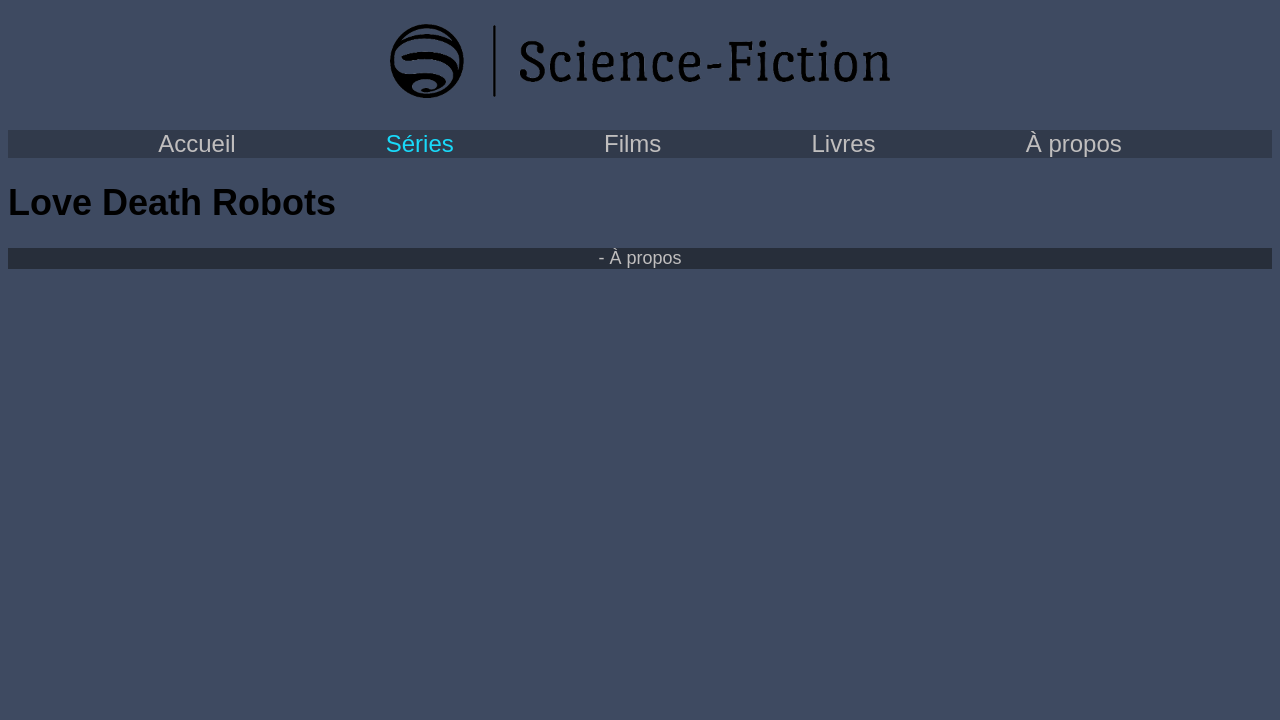
Repository: Emalios/Projet-Web
Page: html/series/love-death-robots.html
These files come from the project's save history. The page is drawn as it stood at one moment and after the next save; the edit follows.
The browser window is 1280 px wide. The pictures show the whole page.

Above is the page before, as saved 2020-11-11 20:49:10.

### html/series/love-death-robots.html
<!DOCTYPE html>
<html lang="fr" dir="ltr">

<head>
  <meta charset="utf-8">
  <meta name="viewport" content="width=device-width, initial-scale=1.0">
  <title>Harry Potter</title>
  <link rel="icon" href="../../images/small_icon.png" type="image/png">
  <link rel="stylesheet" href="../../css/common.css">
  <link rel="stylesheet" href="../../css/magasine.css">
</head>

<body>
  <header>
    <img id="logo" src="../../images/logo_large.png" alt="logo de Science-fiction">

    <nav class="navbar">
      <a href="../../index.html" class="nav-link">Accueil</a></li>
      <a href="../series.html" id="active" class="nav-link">Séries</a></li>
      <a href="../films.html" class="nav-link">Films</a></li>
      <a href="../livres.html" class="nav-link">Livres</a></li>
      <a href="../a-propos.html" class="nav-link">À propos</a></li>
    </nav>
  </header>
  <h1>Love Death Robots</h1>
  <main></main>
  <footer><a href="../a-propos.html" class="footer-link">- À propos</a></footer>
</body>


</html>

### css/common.css
body {
  background-color: #3e4a61;
  font-size: 18px;
  font-family: "Source Sans Pro", sans-serif;
}

#logo {
  display: block;
  margin-left: auto;
  margin-right: auto;
  padding-top: 1rem;
  padding-bottom: 2rem;
  max-width: 500px;
}

ul {
  list-style: none outside none;
}

.navbar {
  font-size: 24px;
  display: flex;
  flex-wrap: wrap;
  justify-content: space-evenly;
  padding: 0;
  background-color: #313a4b;
}

.nav-link, .footer-link {
  text-decoration: none;
  color: #c0bebe;
}

.nav-link:hover {
  color: #19dafa;
}

#active {
  color: #19dafa !important;
}

#title {
  text-align: center;
  padding: 1rem;
}

footer {
  background-color: #272e3a;
  text-align: center;
}

@media all and (max-width: 700px) {
  #logo {
    display: block;
    margin-left: auto;
    margin-right: auto;
    padding-top: 1em;
    width: 85%;
    max-width: 500px;
  }

}

### css/magasine.css
.grid-container {
    display: grid;
    grid-gap: 2rem;
    padding-bottom: 2rem;
    align-items: baseline;
    justify-items: center;
    grid-template-columns: repeat(auto-fill, minmax(400px, 1fr));
}

.grid-item {
    text-decoration: none;
}

.article-image {
    width: 150px;
    height: 200px;
}

.article-figure {
    width: 400px;
    background-color: #1a2639;
    box-shadow: 0 4px 8px 0 rgba(0,0,0,0.2);
    transition: 0.3s;
    border-radius: 10px;
    margin: 0;
    display: flex;
    flex-flow: row;
    align-items: center;
}

.article-figure:hover {
    box-shadow: 0px 0px 10px 6px rgba(191,172,159,1);
    zoom: 1;
}

.article-description {
    color: #919191;
    margin: 0;
    padding: 0 15px 0 15px;
    transition: 0.3s;
    text-align: center;
    align-self: center;
    font-family: Verdana, sans-serif;
}

### css/description.css
.resume, .description {
  color: #919191;
  font-family: Verdana, sans-serif;
}

.description {
    color: #d6d0d0;
}

.figure_descriptive {
    margin: 0;
    margin-right: 1rem;
    width: min-content;
    display: flex;
    flex-direction: column;
    float: left;
    text-align: center;
    border-style: groove;
}

.description {
  margin: 0;
  width: 100%;
  text-align: center;
}

.image_descriptive {
  float: left;
  width: 100%;
  min-width: 300px;
}

After the next save:
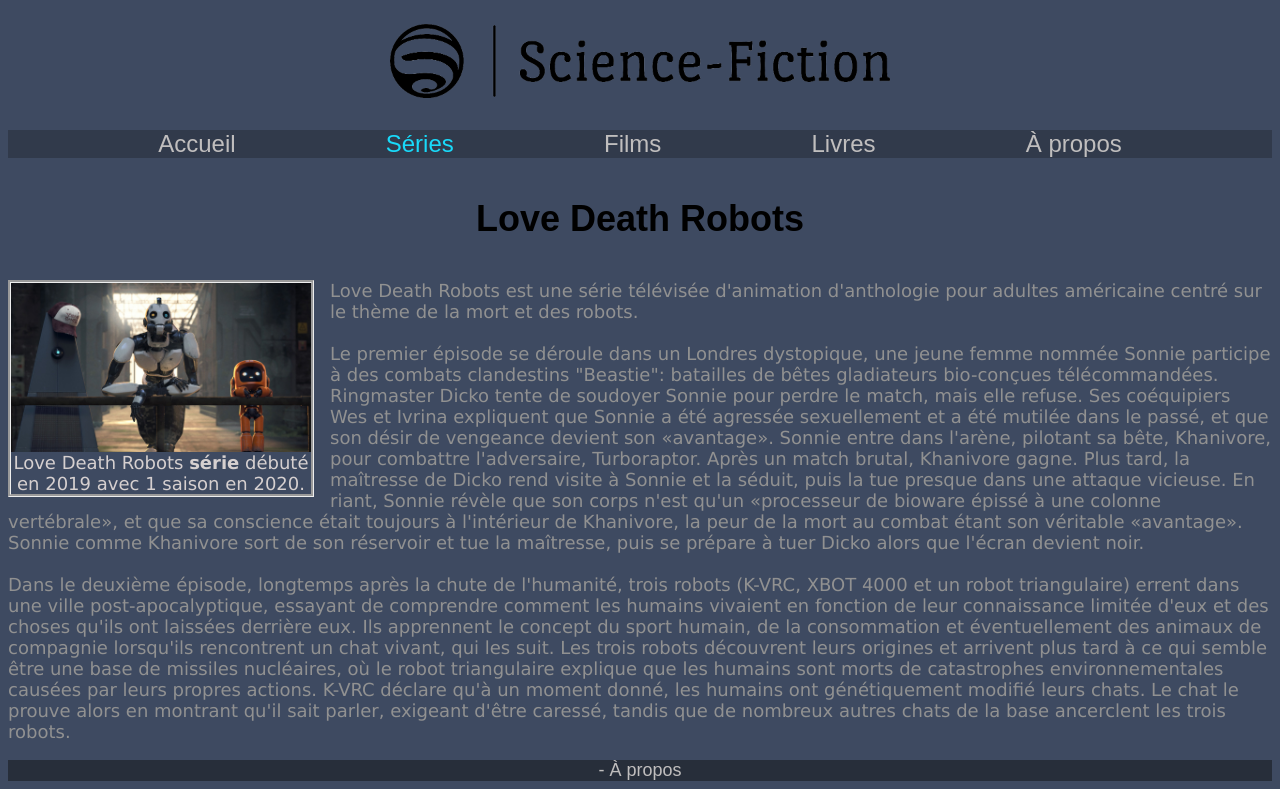
Saved 24 s later.
--- a/html/series/love-death-robots.html
+++ b/html/series/love-death-robots.html
@@ -4,10 +4,10 @@
 <head>
   <meta charset="utf-8">
   <meta name="viewport" content="width=device-width, initial-scale=1.0">
-  <title>Harry Potter</title>
+  <title>Love Death Robots</title>
   <link rel="icon" href="../../images/small_icon.png" type="image/png">
   <link rel="stylesheet" href="../../css/common.css">
-  <link rel="stylesheet" href="../../css/magasine.css">
+  <link rel="stylesheet" href="../../css/description.css">
 </head>
 
 <body>
@@ -15,15 +15,34 @@
     <img id="logo" src="../../images/logo_large.png" alt="logo de Science-fiction">
 
     <nav class="navbar">
-      <a href="../../index.html" class="nav-link">Accueil</a></li>
-      <a href="../series.html" id="active" class="nav-link">Séries</a></li>
-      <a href="../films.html" class="nav-link">Films</a></li>
-      <a href="../livres.html" class="nav-link">Livres</a></li>
-      <a href="../a-propos.html" class="nav-link">À propos</a></li>
+      <a href="../../index.html" class="nav-link">Accueil</a>
+      <a href="../series.html" id="active" class="nav-link">Séries</a>
+      <a href="../films.html" class="nav-link">Films</a>
+      <a href="../livres.html" class="nav-link">Livres</a>
+      <a href="../a-propos.html" class="nav-link">À propos</a>
     </nav>
   </header>
-  <h1>Love Death Robots</h1>
-  <main></main>
+  <h1 id="title">Love Death Robots</h1>
+  <figure class="figure_descriptive">
+    <img class="image_descriptive" alt="Une scène avec 3 robots d'apparences différente" src="../../images/page-serie/love-death-robots-scene.jpg" />
+    <figcaption class="description">Love Death Robots <b>série</b> débuté en 2019 avec 1 saison en 2020.</figcaption>
+  </figure>
+  <main>
+    <p class="resume">Love Death Robots est une série télévisée d'animation d'anthologie pour adultes américaine centré sur le thème de la mort et des robots.</br></br>
+
+      Le premier épisode se déroule dans un Londres dystopique, une jeune femme nommée Sonnie participe à des combats clandestins "Beastie": batailles de bêtes gladiateurs bio-conçues télécommandées. Ringmaster Dicko tente de soudoyer Sonnie pour
+      perdre le match, mais elle refuse. Ses coéquipiers Wes et Ivrina expliquent que Sonnie a été agressée sexuellement et a été mutilée dans le passé, et que son désir de vengeance devient son «avantage». Sonnie entre dans l'arène, pilotant sa
+      bête, Khanivore, pour combattre l'adversaire, Turboraptor. Après un match brutal, Khanivore gagne. Plus tard, la maîtresse de Dicko rend visite à Sonnie et la séduit, puis la tue presque dans une attaque vicieuse. En riant, Sonnie révèle que
+      son corps n'est qu'un «processeur de bioware épissé à une colonne vertébrale», et que sa conscience était toujours à l'intérieur de Khanivore, la peur de la mort au combat étant son véritable «avantage». Sonnie comme Khanivore sort de son
+      réservoir et tue la maîtresse, puis se prépare à tuer Dicko alors que l'écran devient noir.</br></br>
+
+      Dans le deuxième épisode, longtemps après la chute de l'humanité, trois robots (K-VRC, XBOT 4000 et un robot triangulaire) errent dans une ville post-apocalyptique, essayant de comprendre comment les humains vivaient en fonction de leur
+      connaissance limitée d'eux et des choses qu'ils ont laissées derrière eux. Ils apprennent le concept du sport humain, de la consommation et éventuellement des animaux de compagnie lorsqu'ils rencontrent un chat vivant, qui les suit. Les trois
+      robots découvrent leurs origines et arrivent plus tard à ce qui semble être une base de missiles nucléaires, où le robot triangulaire explique que les humains sont morts de catastrophes environnementales causées par leurs propres actions. K-VRC
+      déclare qu'à un moment donné, les humains ont génétiquement modifié leurs chats. Le chat le prouve alors en montrant qu'il sait parler, exigeant d'être caressé, tandis que de nombreux autres chats de la base ancerclent les trois robots.
+
+    </p>
+  </main>
   <footer><a href="../a-propos.html" class="footer-link">- À propos</a></footer>
 </body>
 
